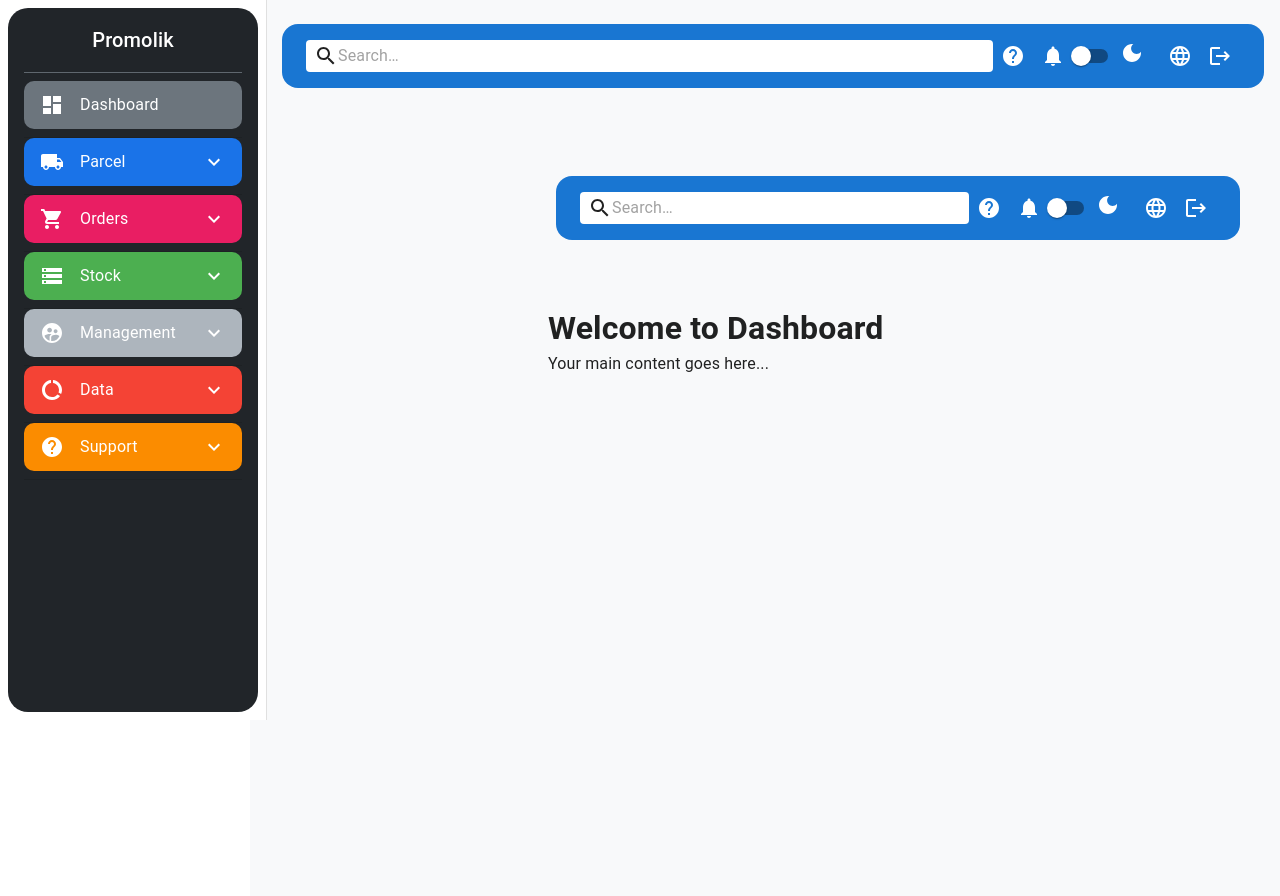
Repository: yosrjdly/stk
Page: /dashboard (app in dashboard/)
The author's editor kept a copy of each file at every save. The page is drawn from the files as they stood at one save, then again after the next save.
The browser window is 1280 px wide. The pictures show the whole page.
The project was rebuilt for these pictures with package versions that can differ from the ones it lists, and the page was loaded fresh each time. The framework's server and built-in components were replaced by stand-ins that run in the browser. Also part of the build but not shown: dashboard/next.config.ts.

Above is the page before, as saved 2025-02-14 17:10:41.

### dashboard/src/app/dashboard/Layout.tsx
"use client";

import { Box, CssBaseline, Toolbar } from "@mui/material";
import Sidebar from "../../componenets/sidebar/SideBar";
import Navbar from "../../componenets/navbar/Navbar"; // Assuming you have a Navbar component
import { ReactNode } from "react";

interface LayoutProps {
  children: ReactNode;
}

export default function Layout({ children }: LayoutProps) {
  return (
    <Box sx={{ display: "flex" }}>
      <CssBaseline />

      {/* Sidebar (Permanent) */}
      <Sidebar />

      {/* Main Content Area */}
      <Box
        component="main"
        sx={{

          flexGrow: 1,
          p: 3,
          width: `calc(100% - 250px)`, // Adjusting main content width to fit sidebar
          backgroundColor: "#f8f9fa",
          minHeight: "100vh",
        }}
      >
        {/* Navbar */}
        <Navbar />

        {/* Page Content */}
        <Toolbar /> {/* Keeps content from being hidden behind Navbar */}
        {children}
      </Box>
    </Box>
  );
}

### dashboard/src/app/dashboard/page.tsx
import Layout from "../dashboard/Layout";

export default function DashboardHome() {
  return (
    <Layout>
      <h1>Welcome to Dashboard</h1>
      <p>Your main content goes here...</p>
    </Layout>
  );
}

### dashboard/src/componenets/sidebar/SideBar.tsx
"use client";

import { useState } from "react";
import { useRouter, usePathname } from "next/navigation";
import {
  Drawer,
  List,
  ListItemButton,
  ListItemText,
  Collapse,
  Divider,
  Typography,
  Box,
  IconButton,
} from "@mui/material";
import { ExpandLess, ExpandMore, Brightness4, Brightness7 } from "@mui/icons-material";
import DashboardIcon from '@mui/icons-material/Dashboard';
import LocalShippingIcon from '@mui/icons-material/LocalShipping';
import ShoppingCartIcon from '@mui/icons-material/ShoppingCart';
import StorageIcon from '@mui/icons-material/Storage';
import SupervisedUserCircleIcon from '@mui/icons-material/SupervisedUserCircle';
import DataUsageIcon from '@mui/icons-material/DataUsage';
import HelpIcon from '@mui/icons-material/Help';

const menuItems = [
  {
    title: "Dashboard",
    path: "/dashboard",
    color: "#6c757d",
    icon: <DashboardIcon />,
  },
  {
    title: "Parcel",
    subItems: [
      { title: "Exchange List", path: "/dashboard/parcel/exchangeList" },
      { title: "Exchange Return", path: "/dashboard/parcel/exchangeReturn" },
      { title: "Exchange Creation", path: "/dashboard/parcel/exchangeCreation" },
      { title: "Package Creation", path: "/dashboard/parcel/packageCreation" },
      { title: "Package Edit", path: "/dashboard/parcel/packageEdit" },
      { title: "Package List", path: "/dashboard/parcel/packageList" },
      { title: "Parcel Return", path: "/dashboard/parcel/parcelReturn" },
    ],
    color: "#1a73e8",
    icon: <LocalShippingIcon />,
  },
  {
    title: "Orders",
    subItems: [
      { title: "Cash Sale", path: "/dashboard/orders/cashSale" },
      { title: "Orders", path: "/dashboard/orders/orders" },
    ],
    color: "#e91e63",
    icon: <ShoppingCartIcon />,
  },
  {
    title: "Stock",
    subItems: [
      { title: "Add Article", path: "/dashboard/stock/addArticle" },
      { title: "Entred Stock", path: "/dashboard/stock/entredStock" },
      { title: "Notification", path: "/dashboard/stock/notification" },
      { title: "Stock", path: "/dashboard/stock/stock" },
    ],
    color: "#4caf50",
    icon: <StorageIcon />,
  },
  {
    title: "Management",
    subItems: [
      { title: "Delivery Company", path: "/manegement/deliveryCompany" },
      { title: "Profile", path: "/dashboard/management/profile" },
      { title: "Profit", path: "/dashboard/management/profit" },
      { title: "Spending", path: "/dashboard/management/spending" },
      { title: "User", path: "/dashboard/management/user" },
    ],
    color: "#adb5bd",
    icon: <SupervisedUserCircleIcon />,
  },
  {
    title: "Data",
    subItems: [
      { title: "Archived Parcel", path: "/dashboard/data/archivedParcel" },
      { title: "Command Deleted", path: "/dashboard/data/commandDeleted" },
      { title: "Deleted Parcel", path: "/dashboard/data/deletedParcel" },
      { title: "Inventory Removed", path: "/dashboard/data/inventoryRemoved" },
    ],
    color: "#f44335",
    icon: <DataUsageIcon />,
  },
  {
    title: "Support",
    subItems: [
      { title: "About Us", path: "/dashboard/support/aboutUs" },
      { title: "Claims", path: "/dashboard/support/claims" },
      { title: "User Guide", path: "/dashboard/support/userGuide" },
    ],
    color: "#fb8c00",
    icon: <HelpIcon />,
  },
];

export default function Sidebar() {
  const router = useRouter();
  const pathname = usePathname();
  const [openSections, setOpenSections] = useState<Record<string, boolean>>({});

  const toggleSection = (title: string) => {
    setOpenSections((prev) => ({
      ...prev,
      [title]: !prev[title],
    }));
  };

  return (
    <Drawer variant="permanent" sx={{ width: 250, flexShrink: 0, marginTop: 2 }}>
      <Box sx={{ height: "100%", width: 250, padding: 2, backgroundColor: "#212529", borderRadius: 5, margin: 1 }}>
        <Typography variant="h6" sx={{ color: "white", textAlign: "center", mb: 2 }}>
          Promolik
        </Typography>
        <Divider sx={{ backgroundColor: "#6c757d" }} />
        <List>
          {menuItems.map((item, index) => {
            const isParentActive = item.subItems?.some((subItem) => pathname === subItem.path);

            return (
              <div key={index}>
                {item.subItems ? (
                  <>
                    <ListItemButton
                      sx={{
                        backgroundColor: item.color,
                        borderRadius: "10px",
                        marginBottom: 1,
                        color: "white",
                      }}
                      onClick={() => toggleSection(item.title)}
                    >
                      {item.icon}
                      <ListItemText primary={item.title} sx={{ ml: 2 }} />
                      {openSections[item.title] ? <ExpandLess /> : <ExpandMore />}
                    </ListItemButton>
                    <Collapse in={openSections[item.title]} timeout="auto" unmountOnExit>
                      <List component="div" disablePadding>
                        {item.subItems.map((subItem, subIndex) => (
                          <ListItemButton
                            key={subIndex}
                            sx={{
                              pl: 4,
                              backgroundColor: pathname === subItem.path ? item.color : "transparent",
                              borderRadius: pathname === subItem.path ? "10px" : "0px",
                              marginBottom: 1,
                              color: pathname === subItem.path ? "white" : "#ccc",
                            }}
                            onClick={() => router.push(subItem.path)}
                          >
                            <ListItemText primary={subItem.title} />
                          </ListItemButton>
                        ))}
                      </List>
                    </Collapse>
                  </>
                ) : (
                  <ListItemButton
                    sx={{
                      backgroundColor: pathname === item.path ? item.color : "transparent",
                      borderRadius: pathname === item.path ? "10px" : "0px",
                      marginBottom: 1,
                      color: pathname === item.path ? "white" : "#ccc",
                    }}
                    onClick={() => router.push(item.path)}
                  >
                    {item.icon}
                    <ListItemText primary={item.title} sx={{ ml: 2 }} />
                  </ListItemButton>
                )}
                <Divider />
              </div>
            );
          })}
        </List>
      </Box>
    </Drawer>
  );
}

### dashboard/src/componenets/navbar/Navbar.tsx
'use client';

import React, { useState } from 'react';
import { AppBar, Toolbar, IconButton, InputBase, Menu, MenuItem, Switch, FormControlLabel } from '@mui/material';
import { Search as SearchIcon, Help as HelpIcon, Notifications as NotificationsIcon, Language as LanguageIcon, Logout as LogoutIcon, DarkMode as DarkModeIcon } from '@mui/icons-material';
import { useTheme } from '@mui/material/styles';

const Navbar = () => {
  const [anchorEl, setAnchorEl] = useState(null);
  const [themeMode, setThemeMode] = useState(false); // Dark mode state

  const theme = useTheme();

  const handleMenuOpen = (event) => {
    setAnchorEl(event.currentTarget);
  };

  const handleMenuClose = () => {
    setAnchorEl(null);
  };

  const toggleTheme = () => {
    setThemeMode((prev) => !prev);
    // You can add a theme switcher logic here (like changing the theme color)
  };

  return (
    <AppBar
      position="sticky"
      sx={{
        mx: 1,
        mt: 0,
        borderRadius: '16px',
        boxShadow: 'none',
        backdropFilter: 'blur(10px)',
        top: '5px',
        zIndex: 1200,
      }}
    >
      <Toolbar>
        {/* Search Bar */}
        <InputBase
          placeholder="Search…"
          startAdornment={<SearchIcon />}
          sx={{ flexGrow: 1, backgroundColor: theme.palette.background.default, borderRadius: '4px', paddingLeft: '8px' }}
        />

        {/* Help Icon */}
        <IconButton color="inherit" onClick={handleMenuOpen}>
          <HelpIcon />
        </IconButton>

        {/* Notifications Icon */}
        <IconButton color="inherit">
          <NotificationsIcon />
        </IconButton>

        {/* Theme Switch */}
        <FormControlLabel
          control={<Switch checked={themeMode} onChange={toggleTheme} />}
          label={<DarkModeIcon />}
        />

        {/* Language Icon */}
        <IconButton color="inherit">
          <LanguageIcon />
        </IconButton>

        {/* Logout Icon */}
        <IconButton color="inherit">
          <LogoutIcon />
        </IconButton>
      </Toolbar>

      {/* Help Icon Menu */}
      <Menu
        anchorEl={anchorEl}
        open={Boolean(anchorEl)}
        onClose={handleMenuClose}
      >
        <MenuItem onClick={handleMenuClose}>Help Center</MenuItem>
        <MenuItem onClick={handleMenuClose}>Contact Support</MenuItem>
      </Menu>
    </AppBar>
  );
};

export default Navbar;

Loaded but not shown: dashboard/src/app/layout.tsx (common file); dashboard/src/app/globals.css (common file)

After the next save:
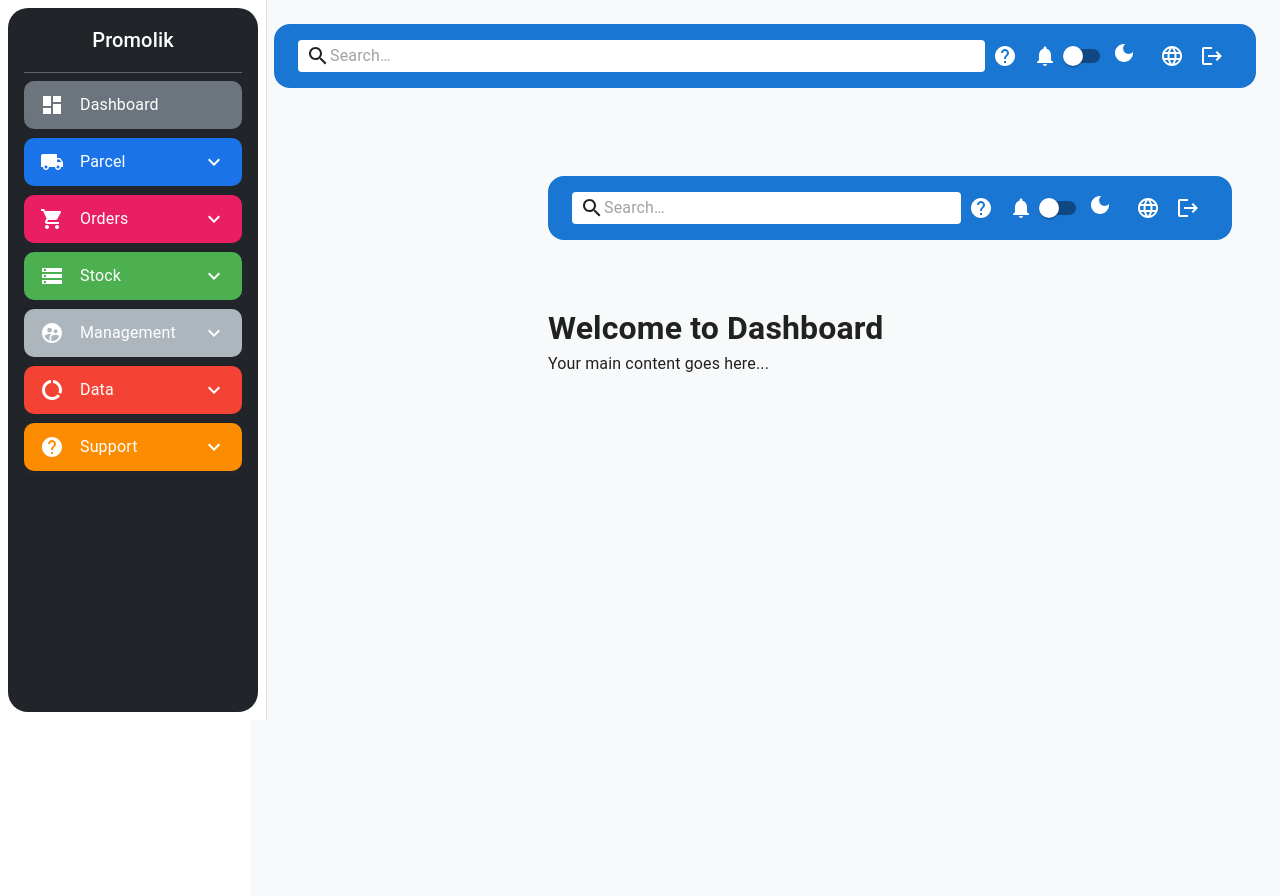
Saved 9 s later.
--- a/dashboard/src/componenets/navbar/Navbar.tsx
+++ b/dashboard/src/componenets/navbar/Navbar.tsx
@@ -28,7 +28,7 @@
     <AppBar
       position="sticky"
       sx={{
-        mx: 1,
+        mx: 0,
         mt: 0,
         borderRadius: '16px',
         boxShadow: 'none',

After the save that followed:
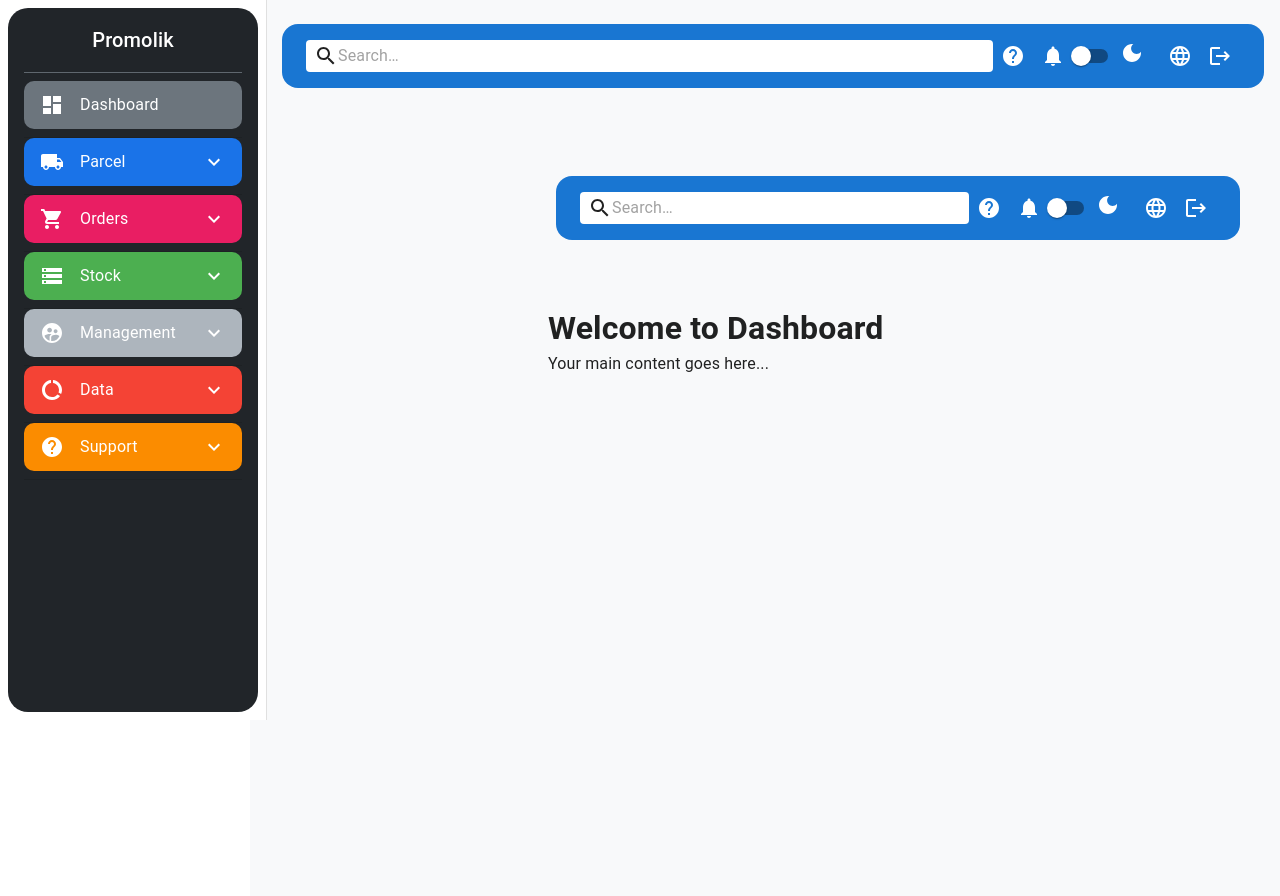
Saved 6 s later.
--- a/dashboard/src/componenets/navbar/Navbar.tsx
+++ b/dashboard/src/componenets/navbar/Navbar.tsx
@@ -28,7 +28,7 @@
     <AppBar
       position="sticky"
       sx={{
-        mx: 0,
+        mx: 1,
         mt: 0,
         borderRadius: '16px',
         boxShadow: 'none',
